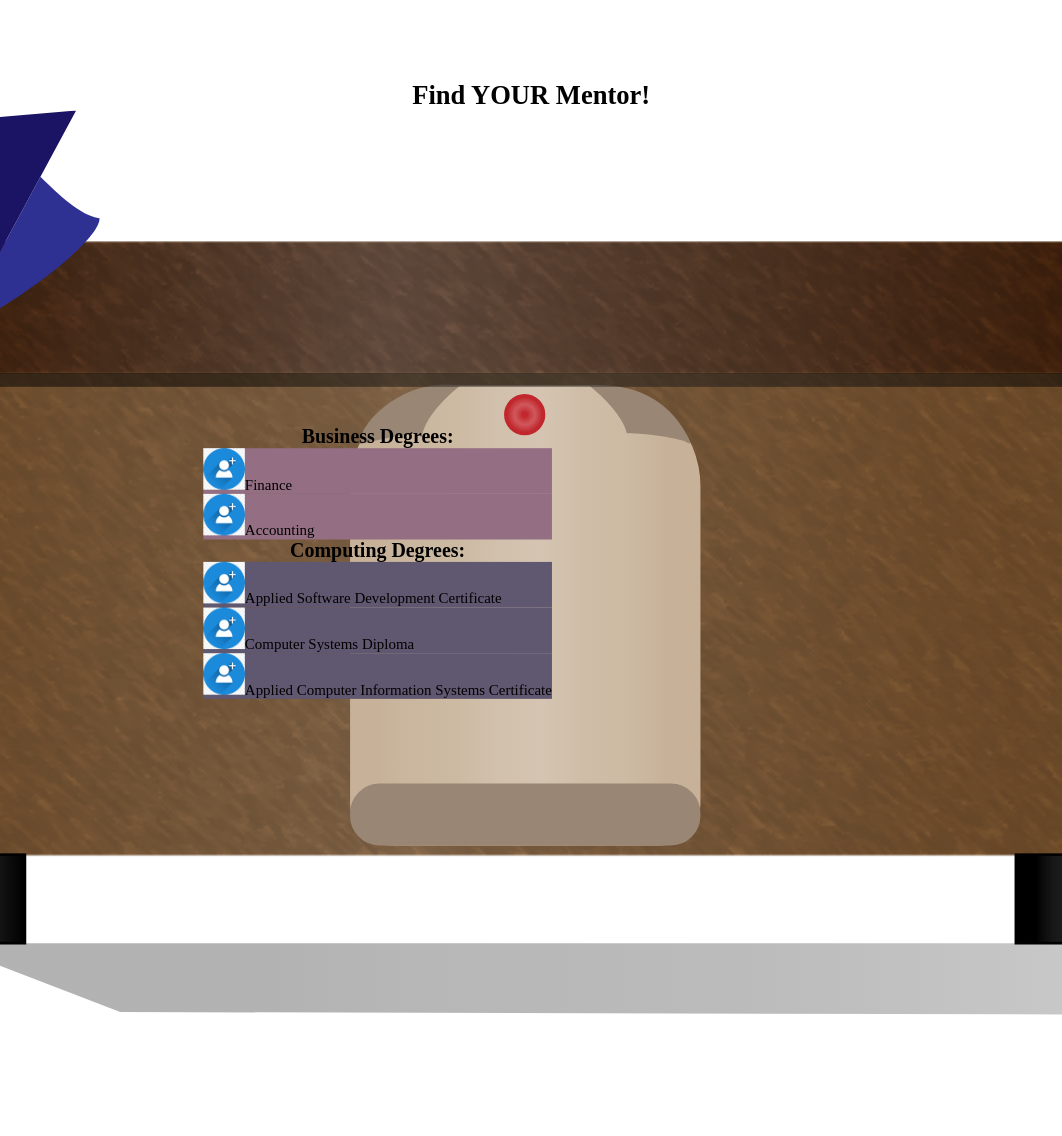
Repository: anikagrewal/week3example
Page: /home
The author's editor kept a copy of each file at every save. The page is drawn from the files as they stood at one save, then again after the next save.
The browser window is 1280 px wide. The pictures show the whole page, at 83% of full size.
The project was rebuilt for these pictures with package versions that can differ from the ones it lists, and the page was loaded fresh each time. The framework's server and built-in components were replaced by stand-ins that run in the browser. Also part of the build but not shown: next.config.js.

Above is the page before, as saved 2023-01-23 01:50:40.

### pages/home.js
import Head from 'next/head'
import Image from 'next/image'
import { Inter } from '@next/font/google'
import styles from '@/styles/Home.module.css'
import data from '../data/education.json'
import { useState } from 'react'
import Card from '../components/Card'
import Link from 'next/link'

const inter = Inter({ subsets: ['latin'] })

console.log(data);
export default function Home() {

  const [information, setInformation] = useState([...data])

  return (
    <>
      <Head>
        <title>Create Next App</title>
        <meta name="description" content="Generated by create next app" />
        <meta name="viewport" content="width=device-width, initial-scale=1" />
        <link rel="icon" href="/favicon.ico" />
      </Head>
      <main className={styles.main}>

      <div className={styles.mainheader}>
        <h1>Find YOUR Mentor!</h1>

      </div>




        <div className={styles.grid}>
          <div className={styles.gridlayout}>


          <div className={styles.scroll}>

        <h2 className={styles.busdeg}>Business Degrees: </h2>
          {information && information.map((info, index) => {
            if(info.department === "Business") {
              return (
                <Card key={index} degree={info.degree} colour="#946E83" font="18px"/>
              )
            }


          })}



          <h2 className={styles.compdeg}>Computing Degrees:</h2>
            {information && information.map((info, index) => {
            if(info.department.toLowerCase() === "computing") {
              return (
                <Card key={index} degree={info.degree} colour="#605770" font="18px"/>
              )
            }
          })}



          </div>

          <Image
          className={styles.deskimage}
          width={2100}
          height={1090}
          src={'/vector/desk.svg'}

         />

        </div>
        <button className={styles.button}> <Link href="about">About</Link></button>
        </div>




      </main>
    </>
  )
}

### styles/globals.css
:root {
  --max-width: 1100px;
  --border-radius: 12px;
  --font-mono: ui-monospace, Menlo, Monaco, 'Cascadia Mono', 'Segoe UI Mono',
    'Roboto Mono', 'Oxygen Mono', 'Ubuntu Monospace', 'Source Code Pro',
    'Fira Mono', 'Droid Sans Mono', 'Courier New', monospace;

  --foreground-rgb: #E3DFFF;
  --background-start-rgb: #E3DFFF;
  --background-end-rgb: #E3DFFF;
  --background-body-color: #E3DFFF;

  --primary-glow: conic-gradient(
    from 180deg at 50% 50%,
    #16abff33 0deg,
    #0885ff33 55deg,
    #54d6ff33 120deg,
    #0071ff33 160deg,
    transparent 360deg
  );
  --secondary-glow: radial-gradient(
    rgba(#E3DFFF, 1),
    rgba(#E3DFFF, 0)
  );

  --tile-start-rgb: 239, 245, 249;
  --tile-end-rgb: 228, 232, 233;
  --tile-border: conic-gradient(
    #00000080,
    #00000040,
    #00000030,
    #00000020,
    #00000010,
    #00000010,
    #00000080
  );

  --callout-rgb: #E3DFFF;
  --callout-border-rgb: 172, 175, 176;
  --card-rgb: 180, 185, 188;
  --card-border-rgb: 131, 134, 135;
}

@media (prefers-color-scheme: dark) {
  :root {
    --foreground-rgb: #E3DFFF;
    --background-start-rgb: 0, 0, 0;
    --background-end-rgb: 0, 0, 0;

    --primary-glow: radial-gradient(rgba(1, 65, 255, 0.4), rgba(1, 65, 255, 0));
    --secondary-glow: linear-gradient(
      to bottom right,
      rgba(1, 65, 255, 0),
      rgba(1, 65, 255, 0),
      rgba(1, 65, 255, 0.3)
    );

    --tile-start-rgb: 2, 13, 46;
    --tile-end-rgb: 2, 5, 19;
    --tile-border: conic-gradient(
      #ffffff80,
      #ffffff40,
      #ffffff30,
      #ffffff20,
      #ffffff10,
      #ffffff10,
      #ffffff80
    );

    --callout-rgb: 20, 20, 20;
    --callout-border-rgb: 108, 108, 108;
    --card-rgb: 100, 100, 100;
    --card-border-rgb: 200, 200, 200;
  }
}

* {
  box-sizing: border-box;
  padding: 0;
  margin: 0;
}

html,
body {
  max-width: 100vw;
  overflow-x: hidden;
}

body {
  color: rgb(var(--foreground-rgb));
  background: linear-gradient(
      to bottom,
      transparent,
      rgb(var(--background-end-rgb))
    )
    rgb(var(--background-start-rgb));
}

a {
  color: inherit;
  text-decoration: none;
}

@media (prefers-color-scheme: dark) {
  html {
    color-scheme: light;
  }
}

### styles/Home.module.css
.main {
  display: flex;
  flex-direction: column;
  justify-content: space-between;
  align-items: center;
  padding: 6rem;
  min-height: 100vh;

}

.description {
  display: inherit;
  justify-content: inherit;
  align-items: inherit;
  font-size: 0.85rem;
  max-width: var(--max-width);
  width: 100%;
  z-index: 2;
  font-family: var(--font-mono);
}

.description a {
  display: flex;
  justify-content: center;
  align-items: center;
  gap: 0.5rem;
}

.description p {
  position: relative;
  margin: 0;
  padding: 1rem;
  background-color: rgba(var(--callout-rgb), 0.5);
  border: 1px solid rgba(var(--callout-border-rgb), 0.3);
  border-radius: var(--border-radius);
}

.code {
  font-weight: 700;
  font-family: var(--font-mono);
}

.grid {
  display: grid;
  grid-template-columns: (4, minmax(25%, auto));
  width: var(--max-width);
  max-width: 100%;
  justify-content: center;

}

.gridlayout {
  display: flex;
  flex-direction: column;
 gap: 70px;
}

.deskimage {
  z-index: 2;
}
.card {
  padding: 1rem 1.2rem;
  border-radius: var(--border-radius);
  background: rgba(var(--card-rgb), 0);
  border: 1px solid rgba(var(--card-border-rgb), 0);
  transition: background 200ms, border 200ms;
}

.card span {
  display: inline-block;
  transition: transform 200ms;
}

.card h2 {
  font-weight: 600;
  margin-bottom: 0.7rem;
}

.card p {
  margin: 0;
  opacity: 0.6;
  font-size: 0.9rem;
  line-height: 1.5;
  max-width: 30ch;
}

.center {
  display: flex;
  justify-content: center;
  align-items: center;
  position: relative;
  padding: 4rem 0;
}

.center::before {
  background: var(--secondary-glow);
  border-radius: 50%;
  width: 480px;
  height: 360px;
  margin-left: -400px;
}

.center::after {
  background: var(--primary-glow);
  width: 240px;
  height: 180px;
  z-index: -1;
}

.center::before,
.center::after {
  content: '';
  left: 50%;
  position: absolute;
  filter: blur(45px);
  transform: translateZ(0);
}

.logo,
.thirteen {
  position: relative;
}

.thirteen {
  display: flex;
  justify-content: center;
  align-items: center;
  width: 75px;
  height: 75px;
  padding: 25px 10px;
  margin-left: 16px;
  transform: translateZ(0);
  border-radius: var(--border-radius);
  overflow: hidden;
  box-shadow: 0px 2px 8px -1px #0000001a;
}

.thirteen::before,
.thirteen::after {
  content: '';
  position: absolute;
  z-index: -1;
}

.busdeg {
  display: flex;
  justify-content: center;
}

.compdeg {
  display: flex;
  justify-content: center;
}

.button {
  width: 150px;
  height: 50px;
  border-radius: 5px;
  font-size: 20px;
}

.deskimage {
  display: flex;
  justify-content: center;
  align-items: center;
  position: relative;
  z-index: -1;
  margin-left: 2.5%;
}





.scroll {
  margin-top: 380px;
  margin-left: 655px;
  position: absolute;

}

/* Conic Gradient Animation */
.thirteen::before {
  animation: 6s rotate linear infinite;
  width: 200%;
  height: 200%;
  background: var(--tile-border);
}

/* Inner Square */
.thirteen::after {
  inset: 0;
  padding: 1px;
  border-radius: var(--border-radius);
  background: linear-gradient(
    to bottom right,
    rgba(var(--tile-start-rgb), 1),
    rgba(var(--tile-end-rgb), 1)
  );
  background-clip: content-box;
}

/* Enable hover only on non-touch devices */
@media (hover: hover) and (pointer: fine) {
  .card:hover {
    background: rgba(var(--card-rgb), 0.1);
    border: 1px solid rgba(var(--card-border-rgb), 0.15);
  }

  .card:hover span {
    transform: translateX(4px);
  }
}

@media (prefers-reduced-motion) {
  .thirteen::before {
    animation: none;
  }

  .card:hover span {
    transform: none;
  }
}

/* Mobile */
@media (max-width: 700px) {
  .content {
    padding: 4rem;
  }

  .grid {
    grid-template-columns: 1fr;
    margin-bottom: 120px;
    max-width: 320px;
    text-align: center;
  }

  .card {
    padding: 1rem 2.5rem;
  }

  .card h2 {
    margin-bottom: 0.5rem;
  }

  .center {
    padding: 8rem 0 6rem;
  }

  .center::before {
    transform: none;
    height: 300px;
  }

  .description {
    font-size: 0.8rem;
  }

  .description a {
    padding: 1rem;
  }

  .description p,
  .description div {
    display: flex;
    justify-content: center;
    position: fixed;
    width: 100%;
  }

  .description p {
    align-items: center;
    inset: 0 0 auto;
    padding: 2rem 1rem 1.4rem;
    border-radius: 0;
    border: none;
    border-bottom: 1px solid rgba(var(--callout-border-rgb), 0.25);
    background: linear-gradient(
      to bottom,
      rgba(var(--background-start-rgb), 1),
      rgba(var(--callout-rgb), 0.5)
    );
    background-clip: padding-box;
    backdrop-filter: blur(24px);
  }

  .description div {
    align-items: flex-end;
    pointer-events: none;
    inset: auto 0 0;
    padding: 2rem;
    height: 200px;
    background: linear-gradient(
      to bottom,
      transparent 0%,
      rgb(var(--background-end-rgb)) 40%
    );
    z-index: 1;
  }
}

/* Tablet and Smaller Desktop */
@media (min-width: 701px) and (max-width: 1120px) {
  .grid {
    grid-template-columns: repeat(2, 50%);
  }
}

@media (prefers-color-scheme: dark) {
  .vercelLogo {
    filter: invert(1);
  }

  .logo,
  .thirteen img {
    filter: invert(1) drop-shadow(0 0 0.3rem #ffffff70);
  }
}

@keyframes rotate {
  from {
    transform: rotate(360deg);
  }
  to {
    transform: rotate(0deg);
  }
}

### data/education.json
[
        {
            "studentNumber": "A0004567",
            "firstName": "Person 1",
            "gpa": 3.8,
            "department": "Business",
            "degree": "Finance",
            "graduted": 2014
        },
        {
            "studentNumber": "A0001234",
            "firstName": "Person 2",
            "gpa": 3.5,
            "department": "Business",
            "degree": "Accounting",
            "graduted": 2010
        },
        {
            "studentNumber": "A0007890",
            "firstName": "Person 3",
            "gpa": 3.2,
            "department": "Computing",
            "degree": "Applied Software Development Certificate",
            "graduted": 2018
        },
        {
            "studentNumber": "A0007828",
            "firstName": "Person 4",
            "gpa": 3.9,
            "department": "Computing",
            "degree": "Computer Systems Diploma",
            "graduted": 2021
        },
        {
            "studentNumber": "A0003425",
            "firstName": "Person 5",
            "gpa": 3.2,
            "department": "Computing",
            "degree": "Applied Computer Information Systems Certificate",
            "graduted": 2021
        }
]

### components/Card/index.js
export default function Card({
    degree = "none",
    colour = "purple",
    font = "0",
    image = "icon/personTwo.png"
}) {
    return(
        <div style={{backgroundColor: colour, fontSize:font}}>
            {
                colour === "red" ? <img src={'icon/person.png'} width="50"/> :
                colour === "blue" ? <img src={'icon/personThree.png'} width="50"/>:
                                     <img src={image} width="50"/>
            }
            {degree}
        </div>
    )
}

Loaded but not shown: pages/_app.js (common file); pages/_document.js (common file)

After the next save:
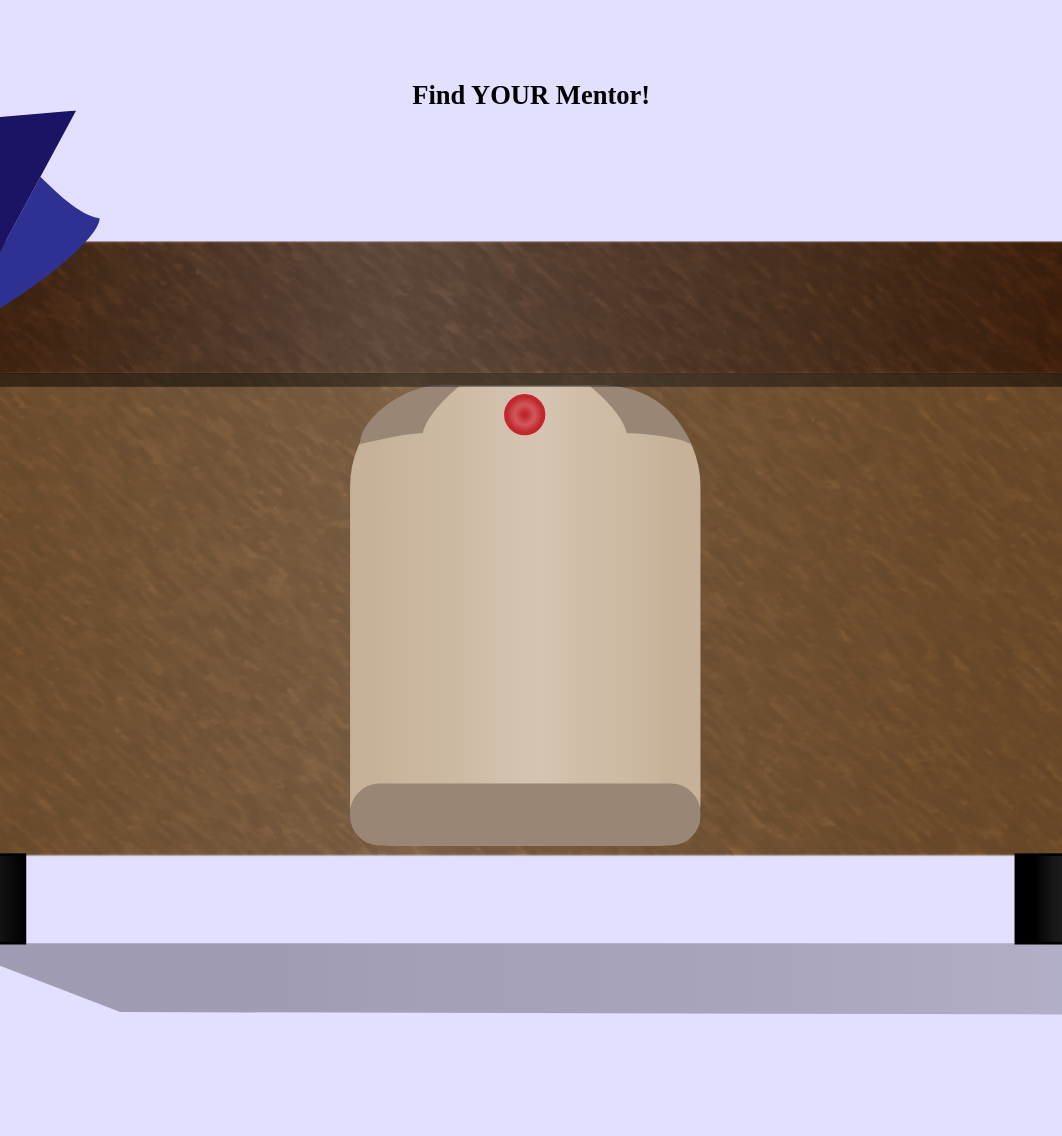
Saved 22 s later.
--- a/styles/Home.module.css
+++ b/styles/Home.module.css
@@ -5,7 +5,7 @@
   align-items: center;
   padding: 6rem;
   min-height: 100vh;
-
+  background-color: var(--background-body-color);
 }
 
 .description {
@@ -164,7 +164,7 @@
   justify-content: center;
   align-items: center;
   position: relative;
-  z-index: -1;
+  z-index: 1;
   margin-left: 2.5%;
 }
 
